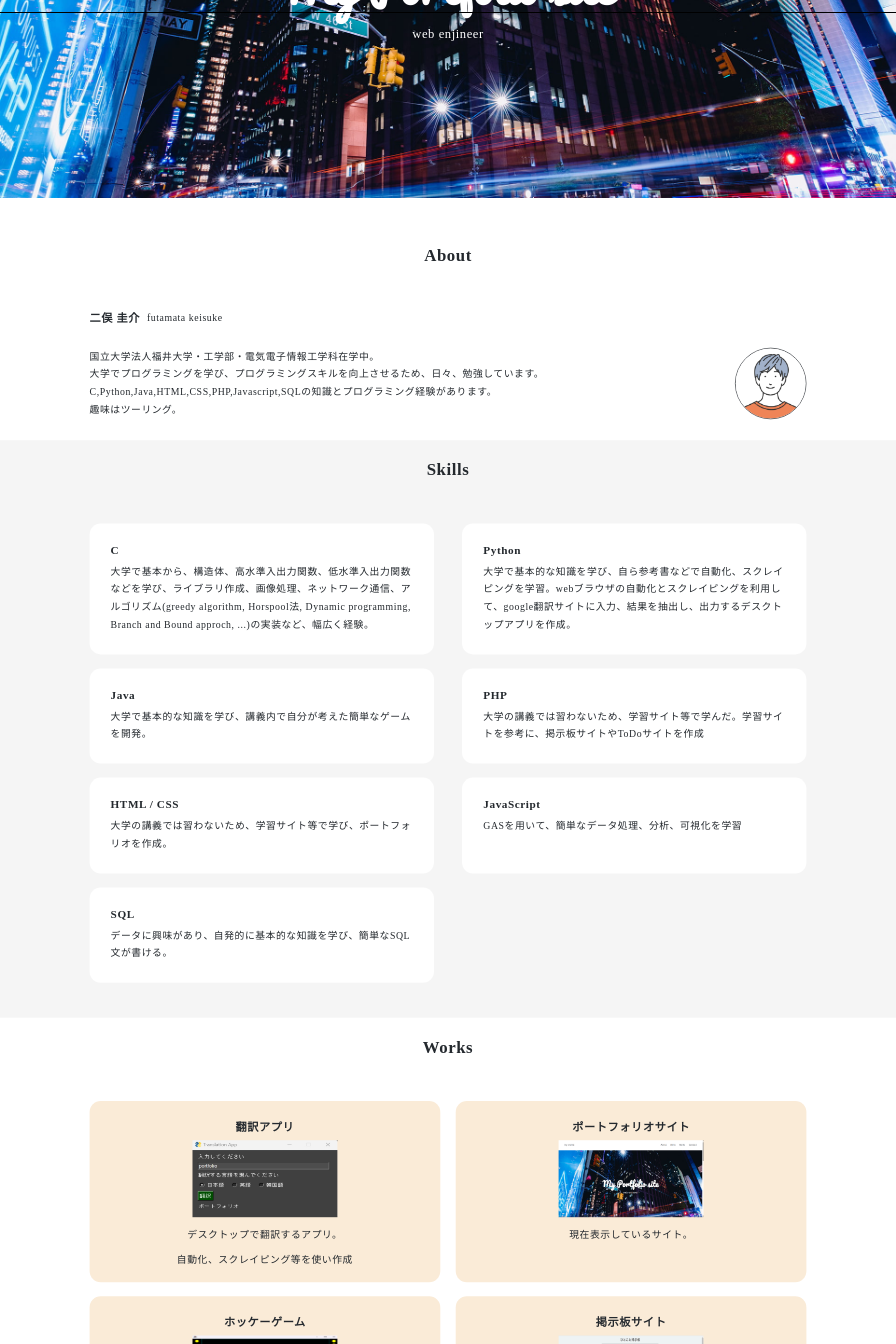
Repository: F-ksk/portfolio
Page: index.html
An editor plug-in stored every save of this project. The page is shown before and after the next save, followed by the edit.
The browser window is 1280 px wide. The pictures show the part of the page from y = 347 to 2267 px (the page is 3338 px tall), at 70% of full size.

Above is the page before, as saved 2023-07-17 00:53:50.

After the next save:
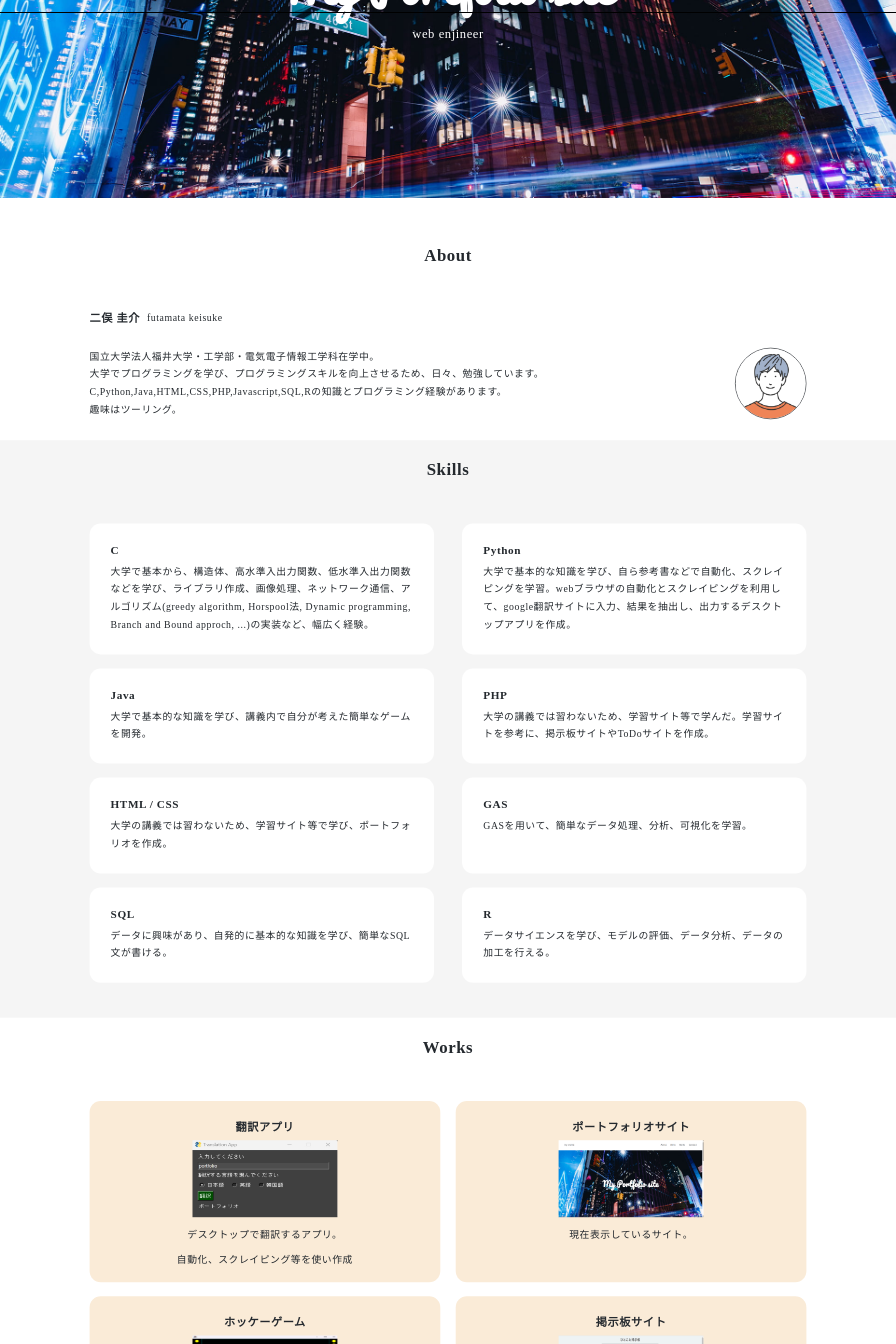
Saved 28 days later.
--- a/index.html
+++ b/index.html
@@ -40,7 +40,7 @@
                 <p>
                     国立大学法人福井大学・工学部・電気電子情報工学科在学中。<br>
                     大学でプログラミングを学び、プログラミングスキルを向上させるため、日々、勉強しています。
-                    C,Python,Java,HTML,CSS,PHP,Javascript,SQLの知識とプログラミング経験があります。<br>
+                    C,Python,Java,HTML,CSS,PHP,Javascript,SQL,Rの知識とプログラミング経験があります。<br>
                     趣味はツーリング。
                 </p>
                 <img src="./img/man.jpg">
@@ -63,19 +63,23 @@
                 </div>
                 <div class="skill-item">
                     <h3>PHP</h3>
-                    <p>大学の講義では習わないため、学習サイト等で学んだ。学習サイトを参考に、掲示板サイトやToDoサイトを作成</p>
+                    <p>大学の講義では習わないため、学習サイト等で学んだ。学習サイトを参考に、掲示板サイトやToDoサイトを作成。</p>
                 </div>
                 <div class="skill-item">
                     <h3>HTML / CSS</h3>
                     <p>大学の講義では習わないため、学習サイト等で学び、ポートフォリオを作成。</p>
                 </div>
                 <div class="skill-item">
-                    <h3>JavaScript</h3>
-                    <p>GASを用いて、簡単なデータ処理、分析、可視化を学習</p>
+                    <h3>GAS</h3>
+                    <p>GASを用いて、簡単なデータ処理、分析、可視化を学習。</p>
                 </div>
                 <div class="skill-item">
                     <h3>SQL</h3>
                     <p>データに興味があり、自発的に基本的な知識を学び、簡単なSQL文が書ける。</p>
+                </div>
+                <div class="skill-item">
+                    <h3>R</h3>
+                    <p>データサイエンスを学び、モデルの評価、データ分析、データの加工を行える。</p>
                 </div>
             </div>
         </section>
